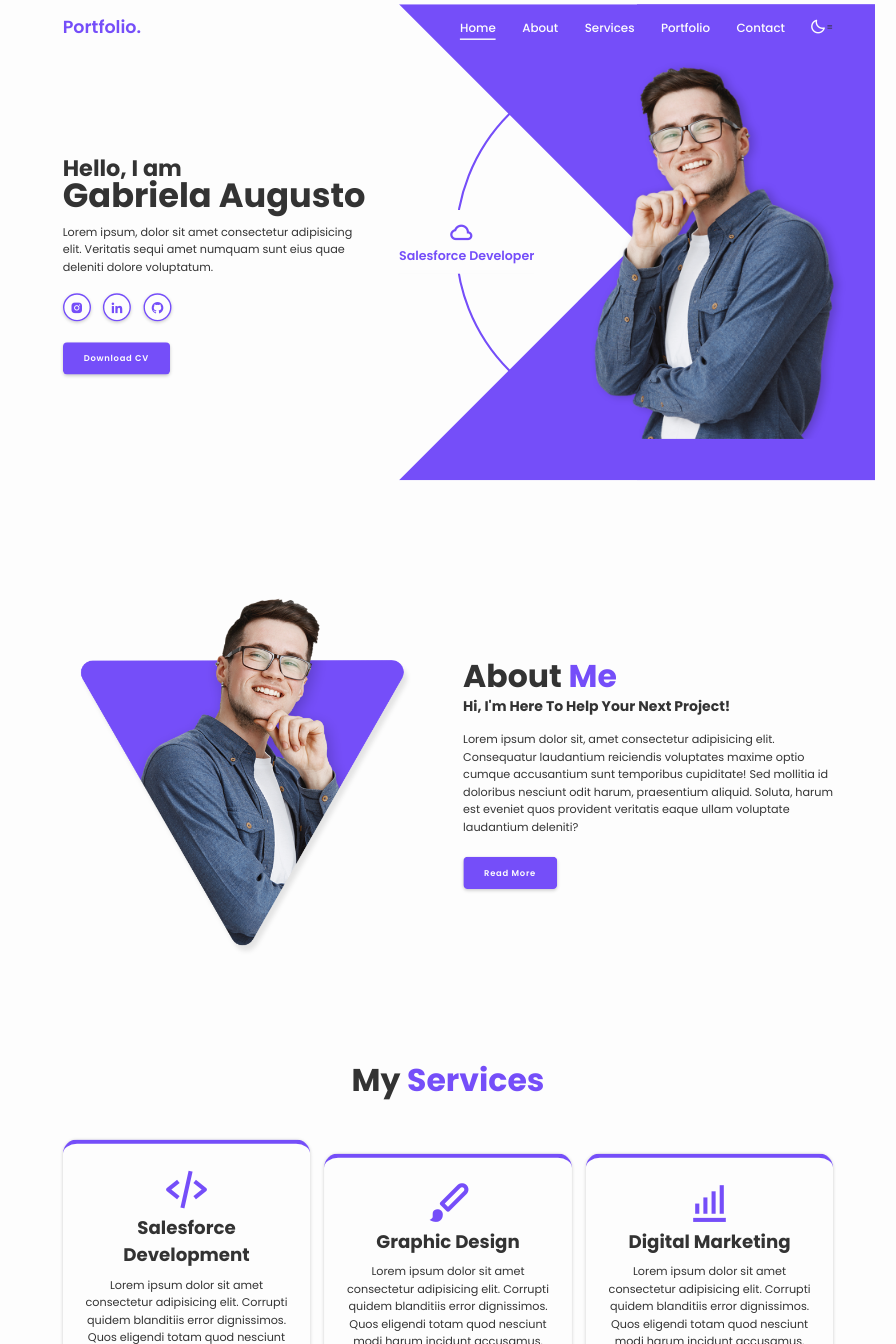
Repository: Gabi-Augusto/Portfolio
Page: index.html
These files come from the project's save history. The page is drawn as it stood at one moment and after the next save; the edit follows.
The browser window is 1280 px wide. The pictures show the part of the page from y = 0 to 1920 px (the page is 4421 px tall), at 70% of full size.

Above is the page before, as saved 2023-12-02 11:25:07.

### index.html
<!DOCTYPE html>
<html lang="en">

<head>
    <meta charset="UTF-8">
    <meta http-equiv="X-UA-Compatible" content="IE=edge">
    <meta name="viewport" content="width=device-width, initial-scale=1.0">
    <title>Portfolio Website Design | Gabriela Augusto</title>

    <!-- swiper css -->
    <link rel="stylesheet" href="https://cdn.jsdelivr.net/npm/swiper@9/swiper-bundle.min.css" />

    <!-- box icons -->
    <link href='https://unpkg.com/boxicons@2.1.4/css/boxicons.min.css' rel='stylesheet'>

    <!-- custom css -->
    <link rel="stylesheet" href="css/style.css">
</head>

<body>

    <!-- header design -->
    <header class="header">
        <a href="#" class="logo">Portfolio.</a>

        <nav class="navbar">
            <a href="#home" class="active">Home</a>
            <a href="#about">About</a>
            <a href="#services">Services</a>
            <a href="#portfolio">Portfolio</a>
            <a href="#contact">Contact</a>
        </nav>

        <div class="bx bx-moon" id="darkMode-icon"></div>

        <i class='bx bx-menu' id="menu-icon"></i>
    </header>

    <!-- home section design -->
    <section class="home" id="home">
        <div class="home-content">
            <h3>Hello, I am</h3>
            <h1>Gabriela Augusto</h1>
            <p>Lorem ipsum, dolor sit amet consectetur adipisicing elit. Veritatis sequi amet numquam sunt eius quae deleniti dolore voluptatum.</p>

            <div class="social-media">
                <a href="#"><i class='bx bxl-instagram-alt'></i></a>
                <a href="#"><i class='bx bxl-linkedin' ></i></a>
                <a href="#"><i class='bx bxl-github' ></i></a>
            </div>

            <a href="#" class="btn">Download CV</a>
        </div>

        <div class="profession-container">
            <div class="profession-box">
                <div class="profession" style="--i:0;">
                    <i class='bx bx-cloud'></i>
                    <h3>Salesforce Developer</h3>
                </div>
                <div class="profession" style="--i:1;">
                    <i class='bx bx-bulb'></i>
                    <h3>Business Analyst</h3>
                </div>
                <div class="profession" style="--i:2;">
                    <i class='bx bx-palette'></i>
                    <h3>Web Designer</h3>
                </div>
                <div class="profession" style="--i:3;">
                    <i class='bx bx-code-alt' ></i>
                    <h3>FullStack Developer</h3>
                </div>
                <div class="circle"></div>
            </div>
            <div class="overlay"></div>
        </div>
        <div class="home-img">
            <img src="imagens/home.png" alt="">
        </div>
    </section>

    <!-- about section design -->

    <section class="about" id="about">
        <div class="about-img">
            <img src="imagens/about.png" alt="">
        </div>

        <div class="about-content">
            <h2 class="heading">About <span>Me</span></h2>
            <h3>Hi, I'm Here To Help Your Next Project!</h3>
            <p>Lorem ipsum dolor sit, amet consectetur adipisicing elit. Consequatur laudantium reiciendis voluptates maxime optio cumque accusantium sunt temporibus cupiditate! Sed mollitia id doloribus nesciunt odit harum, praesentium aliquid. Soluta, harum est eveniet quos provident veritatis eaque ullam voluptate laudantium deleniti?</p>
            <a href="#" class="btn">Read More</a>
        </div>
    </section>

    <!-- services section design -->

    <section class="services" id="services">
        <h2 class="heading">My <span>Services</span></h2>

        <div class="services-container">
            <div class="services-box">
                <i class='bx bx-code-alt' ></i>
                <h3>Salesforce Development</h3>
                <p>Lorem ipsum dolor sit amet consectetur adipisicing elit. Corrupti quidem blanditiis error dignissimos. Quos eligendi totam quod nesciunt modi harum incidunt accusamus.</p>
                <a href="#" class="btn">Read More</a>
            </div>
            <div class="services-box">
                <i class='bx bxs-paint'></i>
                <h3>Graphic Design</h3>
                <p>Lorem ipsum dolor sit amet consectetur adipisicing elit. Corrupti quidem blanditiis error dignissimos. Quos eligendi totam quod nesciunt modi harum incidunt accusamus.</p>
                <a href="#" class="btn">Read More</a>
            </div>
            <div class="services-box">
                <i class='bx bx-bar-chart-alt'></i>
                <h3>Digital Marketing</h3>
                <p>Lorem ipsum dolor sit amet consectetur adipisicing elit. Corrupti quidem blanditiis error dignissimos. Quos eligendi totam quod nesciunt modi harum incidunt accusamus.</p>
                <a href="#" class="btn">Read More</a>
            </div>
        </div>
    </section>

    <!-- portfolio section design -->

    <section class="portfolio" id="portfolio">
        <h2 class="heading">Latest <span>Project</span></h2>

        <div class="portfolio-container">
            <div class="portfolio-box">
                <img src="imagens/portfolio1.jpg" alt="">

                <div class="portfolio-layer">
                    <h4>Web Desing</h4>
                    <p>Lorem ipsum dolor sit amet consectetur adipisicing elit. Asperiores, ut possimus!</p>
                    <a href="#"><i class='bx bx-link-external' ></i></a>
                </div>
            </div>

            <div class="portfolio-box">
                <img src="imagens/portfolio2.jpg" alt="">

                <div class="portfolio-layer">
                    <h4>Web Desing</h4>
                    <p>Lorem ipsum dolor sit amet consectetur adipisicing elit. Asperiores, ut possimus!</p>
                    <a href="#"><i class='bx bx-link-external' ></i></a>
                </div>
            </div>

            <div class="portfolio-box">
                <img src="imagens/portfolio3.jpg" alt="">

                <div class="portfolio-layer">
                    <h4>Web Desing</h4>
                    <p>Lorem ipsum dolor sit amet consectetur adipisicing elit. Asperiores, ut possimus!</p>
                    <a href="#"><i class='bx bx-link-external' ></i></a>
                </div>
            </div>

            <div class="portfolio-box">
                <img src="imagens/portfolio4.jpg" alt="">

                <div class="portfolio-layer">
                    <h4>Web Desing</h4>
                    <p>Lorem ipsum dolor sit amet consectetur adipisicing elit. Asperiores, ut possimus!</p>
                    <a href="#"><i class='bx bx-link-external' ></i></a>
                </div>
            </div>

            <div class="portfolio-box">
                <img src="imagens/portfolio5.jpg" alt="">

                <div class="portfolio-layer">
                    <h4>Web Desing</h4>
                    <p>Lorem ipsum dolor sit amet consectetur adipisicing elit. Asperiores, ut possimus!</p>
                    <a href="#"><i class='bx bx-link-external' ></i></a>
                </div>
            </div>

            <div class="portfolio-box">
                <img src="imagens/portfolio6.jpg" alt="">

                <div class="portfolio-layer">
                    <h4>Web Desing</h4>
                    <p>Lorem ipsum dolor sit amet consectetur adipisicing elit. Asperiores, ut possimus!</p>
                    <a href="#"><i class='bx bx-link-external' ></i></a>
                </div>
            </div>

        </div>
    </section>

    <!-- testimonial design -->

    <div class="testimonial-container">
        <h2 class="heading">Valuable <span>Testimonial</span></h2>

        <div class="testimonial-wrapper">
            <div class="testimonial-box mySwiper">
                <div class="testimonial-content swiper-wrapper">
                    <div class="testimonial-slide swiper-slide">
                        <img src="imagens/testimonial1.jpg" alt="">
                        <h3>Jackson Levi</h3>
                        <p>Lorem ipsum dolor sit amet consectetur, adipisicing elit. Perspiciatis illum consectetur sit possimus nemo omnis iste, eum adipisci ab quae laboriosam vel exercitationem porro dolorem praesentium accusamus labore. Libero cum quae cumque minus temporibus perspiciatis nobis quo dolores, sequi voluptatum. Iusto, necessitatibus id libero in consequuntur quod delectus voluptas quidem quas harum exercitationem explicabo ullam labore ipsa temporibus sed. Laboriosam?</p>
                    </div>

                    <div class="testimonial-slide swiper-slide">
                        <img src="imagens/testimonial4.jpg" alt="">
                        <h3>Gabriela Augusto</h3>
                        <p>Lorem ipsum dolor sit amet consectetur, adipisicing elit. Perspiciatis illum consectetur sit possimus nemo omnis iste, eum adipisci ab quae laboriosam vel exercitationem porro dolorem praesentium accusamus labore. Libero cum quae cumque minus temporibus perspiciatis nobis quo dolores, sequi voluptatum. Iusto, necessitatibus id libero in consequuntur quod delectus voluptas quidem quas harum exercitationem explicabo ullam labore ipsa temporibus sed. Laboriosam?</p>
                    </div>

                    <div class="testimonial-slide swiper-slide">
                        <img src="imagens/testimonial3.jpg" alt="">
                        <h3>Julian Grayson</h3>
                        <p>Lorem ipsum dolor sit amet consectetur, adipisicing elit. Perspiciatis illum consectetur sit possimus nemo omnis iste, eum adipisci ab quae laboriosam vel exercitationem porro dolorem praesentium accusamus labore. Libero cum quae cumque minus temporibus perspiciatis nobis quo dolores, sequi voluptatum. Iusto, necessitatibus id libero in consequuntur quod delectus voluptas quidem quas harum exercitationem explicabo ullam labore ipsa temporibus sed. Laboriosam?</p>
                    </div>
                </div>

                <div class="swiper-button-next"></div>
                <div class="swiper-button-prev"></div>
                <div class="swiper-pagination"></div>

            </div>
        </div>
    </div>

    <!-- contact section design -->

    <section class="contact" id="contact">
        <h2 class="heading">Contact <span>Me!</span></h2>

        <form action="#">

            <div class="input-box">
                <input type="text" placeholder="Full Name">
                <input type="email" placeholder="Email Address">
            </div>

            <div class="input-box">
                <input type="number" placeholder="Mobile Number">
                <input type="text" placeholder="Email Subject">
            </div>
            <textarea name="" id="" cols="30" rows="8" placeholder="Your Message"></textarea>
            <input type="submit" value="Send Message" class="btn">
        </form>
    </section>

    <!-- footer design -->

    <footer class="footer">
        <div class="footer-text">
            <p>Copyright &copy; 2023 by Gabriela Augusto | All Rights Reserved.</p>
        </div>

        <div class="footer-iconTop">
            <a href="#home"><i class='bx bx-up-arrow-alt' ></i></a>
        </div>
    </footer>


    <!-- scroll reveal -->
    <script src="https://unpkg.com/scrollreveal"></script>

    <!-- swiper js -->
    <script src="https://cdn.jsdelivr.net/npm/swiper@9/swiper-bundle.min.js"></script>

    <!-- custom js -->
    <script src="js/script.js"></script>
</body>

</html>

### css/style.css
@import url('https://fonts.googleapis.com/css2?family=Poppins:wght@300;400;500;600;700;800;900&display=swap');

* {
    margin: 0;
    padding: 0;
    box-sizing: border-box;
    text-decoration: none;
    border: none;
    outline: none;
    scroll-behavior: smooth;
    font-family: 'Poppins', sans-serif;
}

:root {
    --bg-color: #fdfdfd;
    --text-color: #333;
    --main-color: #754ef9;
    --white-color: #fdfdfd;
    --shadow-color: rgba(0, 0, 0, .2);
}

html {
    font-size: 62.5%;
    overflow-x: hidden;
}

body {
    background: var(--bg-color);
    color: var(--text-color);
}

.header {
    position: fixed;
    top: 0;
    left: 0;
    width: 100%;
    padding: 2rem 7%;
    background: transparent;
    display: flex;
    align-items: center;
    z-index: 100;
    transition: .5s;
}

.header.sticky {
    background: var(--bg-color);
    box-shadow: 0 .1rem 1rem var(--shadow-color);
}

.logo {
    font-size: 2.5rem;
    color: var(--main-color);
    font-weight: 600;
    cursor: default;
    margin-right: auto;
}

.navbar a {
    position: relative;
    font-size: 1.7rem;
    color: var(--white-color);
    font-weight: 500;
    margin-right: 3.5rem;
}

.header.sticky .navbar a {
    color: var(--text-color);
}

.header.sticky .navbar a.active {
    color: var(--main-color);
}

.navbar a.active::before{
    content: '';
    position: absolute;
    left: 0;
    bottom: -6px;
    width: 100%;
    height: .2rem;
    background: var(--white-color);
}

.header.sticky .navbar a::before {
    background: var(--main-color);
    opacity: .7;
}

#darkMode-icon {
    font-size: 2.4rem;
    color: var(--white-color);
    cursor: pointer;
}

.header.sticky #darkMode-icon{
    color: var(--text-color);
    opacity: .9;
}

section {
    min-height: 100vh;
    padding: 7rem 7% 2rem;
}

.home {
    display: flex;
    align-items: center;
}

.home .home-content {
    max-width: 44rem;
}

.home-content h3 {
    font-size: 3.2rem;
    font-weight: 700;
    line-height: .3;
}

.home-content h1 {
    font-size: 4.8rem;
    font-weight: 700;
    margin-bottom: .3rem;
}

.home-content p {
    font-size: 1.6rem;
}

.home-content .social-media a {
    display: inline-flex;
    justify-content: center;
    align-items: center;
    width: 4rem;
    height: 4rem;
    background: transparent;
    border: .2rem solid var(--main-color);
    border-radius: 50%;
    box-shadow: 0 .2rem .5rem  var(--shadow-color);
    font-size: 2rem;
    color: var(--main-color);
    margin: 2.5rem 1.5rem 3rem 0;
    transition: .5s ease;
}

.home-content .social-media a:hover {
    background: var(--main-color);
    color: var(--white-color);
}

.btn {
    display: inline-block;
    padding: 1.2rem 2.8rem;
    background: var(--main-color);
    border-radius: .6rem;
    box-shadow: 0 .2rem .5rem var(--shadow-color);
    font-size: 1.2rem;
    color: var(--white-color);
    letter-spacing: .1rem;
    font-weight: 600;
    border: .2rem solid transparent;
    transition: .5s ease;
}

.btn:hover {
    background: transparent;
    color: var(--main-color);
    border-color: var(--main-color);
}

.home .profession-container {
    position: absolute;
    top: 48%;
    right: 30px;
    transform: translateY(-50%);
    width: 680px;
    height: 680px;
    overflow: hidden;
    pointer-events: none;
}

.home .profession-container .profession-box {
    position: absolute;
    top: 0;
    right: 0;
    width: 680px;
    height: 680px;
    border-radius: 50%;
    display: flex;
    justify-content: center;
    align-items: center;
}

.home .profession-box .profession {
    position: absolute;
    left: 0;
    display: flex;
    align-items: center;
    flex-direction: column;
    color: var(--main-color);
    transform: rotate(calc(360deg / 4 * var(--i)));
    transform-origin: 340px;
    background: var(--bg-color);
    padding: 13px 0;
}

.home .profession-box .profession:nth-child(1) i {
    margin-right: 15px;
}

.home .profession-box .profession:nth-child(2),
.home .profession-box .profession:nth-child(4) {
    padding-bottom: 20px;
}

.home .profession i {
    font-size: 3.8rem;
}

.home .profession h3 {
    font-size: 1.8rem;
    line-height: 1.5;
    font-weight: 600;
}

.home .profession-box .circle {
    width: 520px;
    height: 520px;
    border: 3px solid var(--main-color);
    border-radius: 50%;
}

.home .profession-container .overlay {
    position: absolute;
    top: 0;
    right: 0;
    width: 0;
    height: 0;
    border-top: 340px solid var(--main-color);
    border-right: 340px solid var(--main-color);
    border-bottom: 340px solid var(--main-color);
    border-left: 340px solid transparent;
}

.home-img img {
    position: absolute;
    bottom: 0;
    top: 83px;
    right: 70px;
    width: 29%;
    pointer-events: none;
}

span {
    color: var(--main-color);
}

.about {
    display: flex;
    justify-content: center;
    align-items: center;
    gap: 6rem;
}

.about-img img {
    width: 40vw;
}

.heading {
    font-size: 4.5rem;
    text-align: center;
}

.about-content h2 {
    text-align: left;
    line-height: 1.2;
}

.about-content h3 {
    font-size: 2rem;
}

.about-content p {
    font-size: 1.6rem;
    margin: 2rem 0 3rem;
}

.services {
    min-height: auto;
    padding-bottom: 7rem;
}

.services h2 {
    margin-bottom: 5rem;
}

.services .services-container {
    display: flex;
    justify-content: center;
    align-items: center;
    flex-wrap: wrap;
    gap: 2rem;
}

.services-container .services-box {
    flex: 1 1 30rem;
    background: var(--bg-color);
    padding: 3rem 2rem 4rem;
    border-radius: 2rem;
    box-shadow: 0 .1rem .5rem var(--shadow-color);
    text-align: center;
    border-top: .6rem solid var(--main-color);
    border-bottom: .6rem solid var(--main-color);
    transition: .5s ease;
}

.services-container .services-box:hover {
    box-shadow: 0 .1rem 2rem var(--shadow-color);
    transform: scale(1.02);
}

.services-box i {
    font-size: 7rem;
    color: var(--main-color);
}

.services-box h3 {
    font-size: 2.6rem;
    transition: .5s ease;
}

.services-box:hover h3 {
    color: var(--main-color);
}

.services-box p {
    font-size: 1.6rem;
    margin: 1rem 0 3rem;
}

.portfolio {
    padding-bottom: 10rem;
}

.portfolio h2 {
    margin-bottom: 4rem;
}

.portfolio .portfolio-container {
    display: grid;
    grid-template-columns: repeat(3, 1fr);
    align-items: center;
    gap: 2.5rem;
}

.portfolio-container .portfolio-box{
    position: relative;
    display: flex;
    border-radius: 2rem;
    box-shadow: 0 0 1rem rgba(0, 0, 0, .1);
    overflow: hidden;
}

.portfolio-box img {
    width: 100%;
    transition: .5s ease;
}

.portfolio-box:hover img {
    transform: scale(1.1);
}

.portfolio-box .portfolio-layer {
    position: absolute;
    bottom: 0;
    left: 0;
    width: 100%;
    height: 100%;
    background: linear-gradient(rgba(0, 0, 0, .1), var(--main-color));
    color: var(--white-color);
    display: flex;
    justify-content: center;
    align-items: center;
    flex-direction: column;
    text-align: center;
    padding: 0 4rem;
    opacity: 0;
    transition: .5s ease;
}

.portfolio-box:hover .portfolio-layer {
    opacity: 1;
}

.portfolio-layer h4 {
    font-size: 3rem;
}

.portfolio-layer p {
    font-size: 1.6rem;
    margin: .3rem 0 1rem;
}

.portfolio-layer a {
    display: inline-flex;
    justify-content: center;
    align-items: center;
    width: 5rem;
    height: 5rem;
    background: var(--white-color);
    border-radius: 50%;
}

.portfolio-layer a i {
    font-size: 2rem;
    color: #333;
}

.testimonial-container {
    display: flex;
    align-items: center;
    flex-direction: column;
    width: 100%;
    padding: 5rem 1rem;
}

.testimonial-container .testimonial-wrapper {
    position: relative;
    max-width: 90rem;
    width: 100%;
    padding: 5rem;
}

.testimonial-wrapper .testimonial-box {
    padding: 1rem;
    border-radius: 2rem;
    overflow: hidden;
}

.testimonial-content .testimonial-slide {
    display: flex;
    align-items: center;
    flex-direction: column;
    background: var(--bg-color);
    border-radius: 2rem;
    box-shadow: 0 .1rem .5rem var(--shadow-color);
    padding: 3rem 5rem;
    border-top: .8rem solid var(--main-color);
    border-bottom: .8rem solid var(--main-color);
}

.testimonial-slide img {
    width: 14rem;
    height: 14rem;
    object-fit: cover;
    border-radius: 50%;
    border: .5rem solid var(--bg-color);
    outline: .5rem solid var(--main-color);
}

.testimonial-slide h3 {
    font-size: 2.5rem;
    margin: 2rem 0;
}

.testimonial-slide p {
    font-size: 1.4rem;
    text-align: center;
}

.testimonial-box .swiper-button-next,
.testimonial-box .swiper-button-prev {
    color: var(--main-color);
}

.testimonial-box .swiper-button-next {
    right: 0;
}

.testimonial-box .swiper-button-prev {
    left: 0;
}

.testimonial-box .swiper-pagination-bullet {
    background: rgba(0, 0, 0, .8);
}

.testimonial-box .swiper-pagination-bullet-active {
    background: var(--main-color);
}

.contact h2 {
    margin-bottom: 3rem;
}

.contact form {
    max-width: 70rem;
    margin: 1rem auto;
    text-align: center;
    margin-bottom: 3rem;
}

.contact form .input-box {
    display: flex;
    justify-content: space-between;
    flex-wrap: wrap;
}

.contact form .input-box input,
.contact form textarea {
    width: 100%;
    padding: 1.5rem;
    font-size: 1.6rem;
    color: var(--text-color);
    background: var(--bg-color);
    border-radius: .8rem;
    margin: .7rem 0;
    box-shadow: 0 .1rem .5rem var(--shadow-color);
}

.contact form .input-box input {
    width: 49%;
}

.contact form textarea {
    resize: none;
}

.contact form .btn {
    margin-top: 2rem;
    cursor: pointer;
}

.footer {
    display: flex;
    justify-content: space-between;
    align-items: center;
    flex-wrap: wrap;
    padding: 2rem 7%;
    background: var(--main-color);
}

.footer-text p {
    font-size: 1.6rem;
    color: var(--white-color);
}

.footer-iconTop a {
    display: inline-flex;
    justify-content: center;
    align-items: center;
    padding: .8rem;
    background: var(--white-color);
    border-radius: .8rem;
    border: .2rem solid var(--main-color);
    outline: .2rem solid transparent;
    transition: .5s ease;
}

.footer-iconTop a:hover {
    outline-color: var(--white-color) ;
}

.footer-iconTop a i {
    font-size: 2.4rem;
    color: #333;
}

### js/script.js
/*========== menu icon navbar ==========*/
let menuIcon = document.querySelector('#menu-icon');
let navbar = document.querySelector('.navbar');


/*========== scroll sections active link ==========*/
let sections = document.querySelectorAll('section');
let navLinks = document.querySelectorAll('header nav a');

window.onscroll = () => {
    // sections.forEach(sec => {
    //     let top = window.scrollY;
    //     let offset = sec.offsetTop - 150;
    //     let height = sec.offsetHeight;
    //     let id = sec.getAttribute('id');

    //     if (top >= offset && top < offset + height) {
    //         navLinks.forEach(links => {
    //             links.classList.remove('active');
    //             document.querySelector('header nav a [href*=' + id + ']').classList.add('active');
    //         });
    //     };
    // });
    /*========== sticky navbar ==========*/
    let header = document.querySelector('.header');

    header.classList.toggle('sticky', window.scrollY > 100);
    /*========== remove menu icon navbar when click navbar link (scroll) ==========*/
};


/*========== swiper ==========*/

var swiper = new Swiper(".mySwiper", {
    slidesPerView: 1,
    spaceBetween: 50,
    loop: true,
    grabCursor: true,
    pagination: {
      el: ".swiper-pagination",
      clickable: true,
    },
    navigation: {
      nextEl: ".swiper-button-next",
      prevEl: ".swiper-button-prev",
    },
  });


/*========== dark light mode ==========*/

/*========== scroll reveal ==========*/

After the next save:
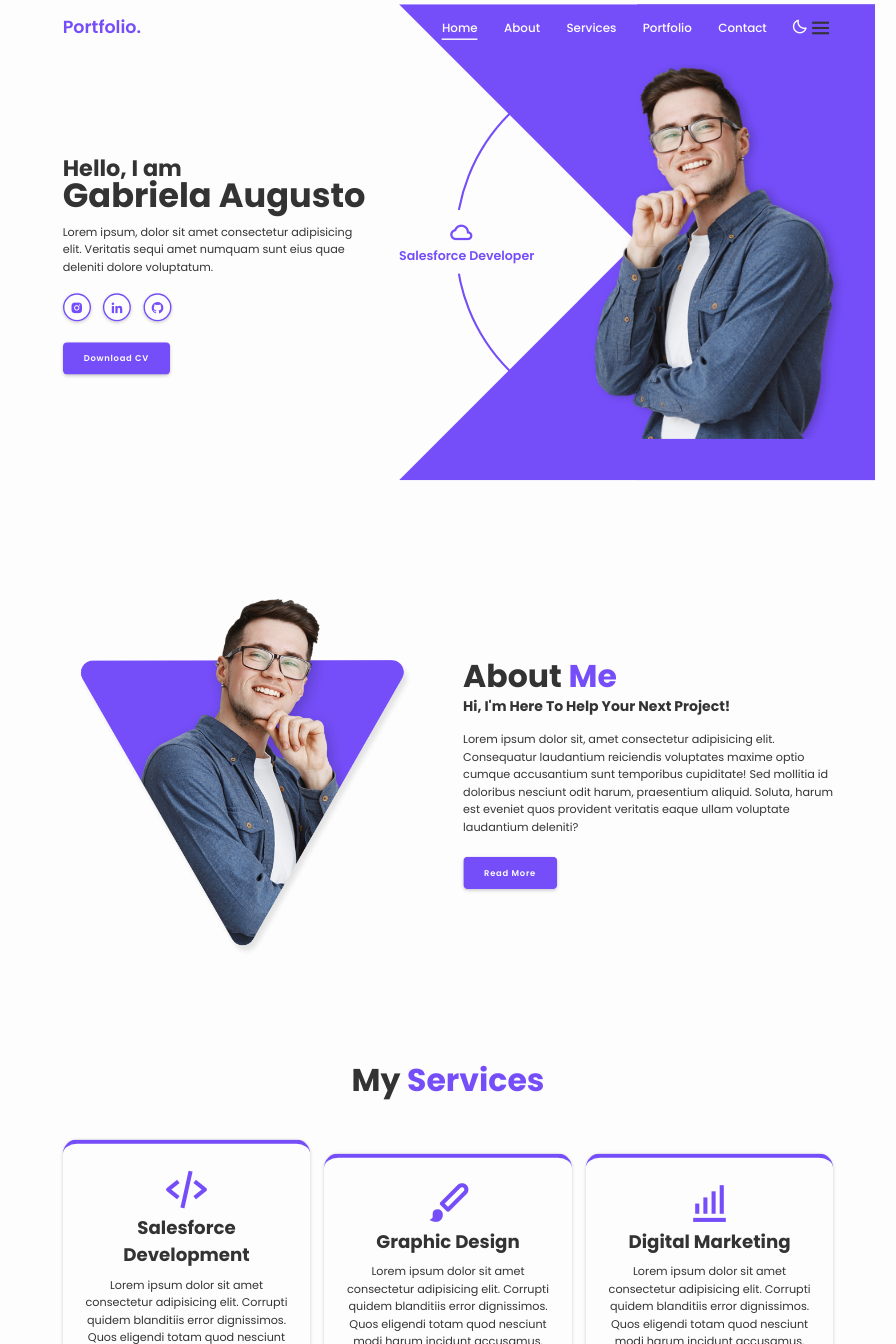
Saved 4 min 31 s later.
--- a/css/style.css
+++ b/css/style.css
@@ -95,6 +95,11 @@ body {
 .header.sticky #darkMode-icon{
     color: var(--text-color);
     opacity: .9;
+}
+
+#menu-icon {
+    font-size: 3.6rem;
+    color: var(--text-color);
 }
 
 section {
